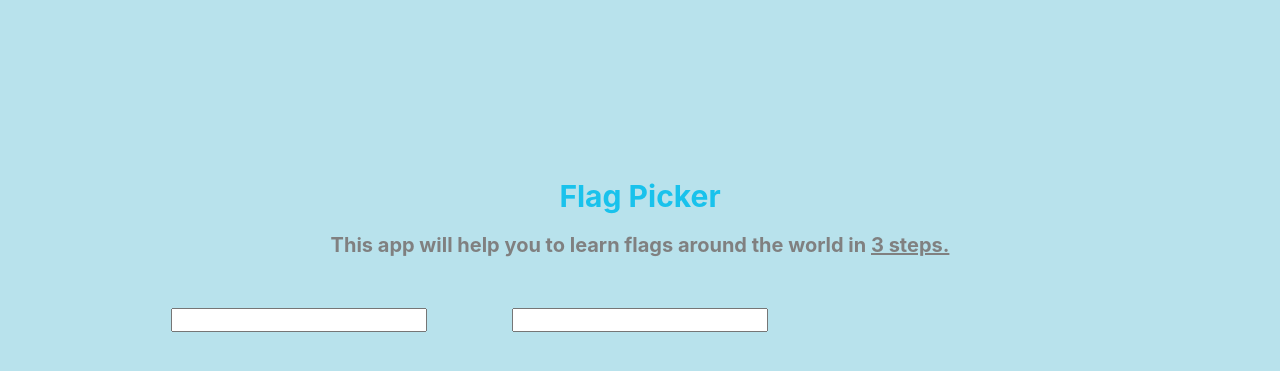
Repository: paras-shah/flag-app
Page: /
These files come from the project's save history. The page is drawn as it stood at one moment and after the next save; the edit follows.
The browser window is 1280 px wide. The pictures show the whole page.
The project was rebuilt for these pictures with package versions that can differ from the ones it lists, and the page was loaded fresh each time.

Above is the page before, as saved 2020-02-11 21:49:16.

### public/index.html
<!DOCTYPE html>
<html lang="en">
  <head>
    <meta charset="utf-8" />
    <link rel="icon" href="%PUBLIC_URL%/favicon.ico" />
    <meta name="viewport" content="width=device-width, initial-scale=1" />
    <meta name="theme-color" content="#000000" />
    <meta
      name="description"
      content="Web site created using create-react-app"
    />
    <link rel="apple-touch-icon" href="%PUBLIC_URL%/logo192.png" />
    <link href="https://fonts.googleapis.com/css?family=Roboto&display=swap" rel="stylesheet">
    <!--
      manifest.json provides metadata used when your web app is installed on a
      user's mobile device or desktop. See https://developers.google.com/web/fundamentals/web-app-manifest/
    -->
    <link rel="manifest" href="%PUBLIC_URL%/manifest.json" />
    <!--
      Notice the use of %PUBLIC_URL% in the tags above.
      It will be replaced with the URL of the `public` folder during the build.
      Only files inside the `public` folder can be referenced from the HTML.

      Unlike "/favicon.ico" or "favicon.ico", "%PUBLIC_URL%/favicon.ico" will
      work correctly both with client-side routing and a non-root public URL.
      Learn how to configure a non-root public URL by running `npm run build`.
    -->
    <title>Flag App</title>
  </head>
  <body>
    <noscript>You need to enable JavaScript to run this app.</noscript>
    <div id="root"></div>
    <!--
      This HTML file is a template.
      If you open it directly in the browser, you will see an empty page.

      You can add webfonts, meta tags, or analytics to this file.
      The build step will place the bundled scripts into the <body> tag.

      To begin the development, run `npm start` or `yarn start`.
      To create a production bundle, use `npm run build` or `yarn build`.
    -->
  </body>
</html>

### src/index.js
import React from 'react';
import ReactDOM from 'react-dom';

import './style/normalize.css';
import './style/index.css';

import App from './App';

ReactDOM.render(<App />, document.getElementById('root'));

### src/style/index.css
body {
	margin: 0;
	font-family: -apple-system, BlinkMacSystemFont, "Segoe UI", "Roboto",
		"Oxygen", "Ubuntu", "Cantarell", "Fira Sans", "Droid Sans",
		"Helvetica Neue", sans-serif;
	-webkit-font-smoothing: antialiased;
	-moz-osx-font-smoothing: grayscale;
	background-color: rgb(184, 226, 236);
}

.app-main {
	margin: 10% auto;
	padding: 10px;
	text-align: center;
	width: 80%;
}

header {
	margin: 4% auto;
}

.mainText {
	font-size: 30px;
}

h1.mainText {
	color: rgb(25, 194, 236);
}

.subText {
	font-size: 20px;
	color: grey;
}

h2 span {
	text-decoration: underline;
}

/* content */
.app-content {
	display: flex;
	flex-direction: row;
	justify-content: flex-start;
}

.app-content .column {
  width: 33.3%;
  padding: 1%;
}

### src/App.js
import React from 'react';

// Components
import Search from "./components/Search";

// Config
import COPY from "./config/copy";
import data from "./config/continents.json";


class App extends React.Component {
  constructor(props) {
    super(props);

    this.state = {
      flagData: null,
      selectedContinent: null,
      selectedCountry: [],
    }
  }

  componentDidMount() {
    this.setState({ flagData: data });
  }


  render() {
    return (
      <main className="app-main">
        <header className="app-header">
          <h1 className="mainText">{COPY.HEADER_TEXT}</h1>
          <h2 className="subText">{COPY.HEADER_SUBTEXT} <span> {COPY.HEADER_SUBTEXT_TWO} </span></h2>
        </header>

        <div className="app-content">
          {/* Continent */}
          <section className="column">
            <Search />
          </section>

          {/* Country */}
          <section className="column">
            <Search />
          </section>

          {/* Flag Column */}
          <section className="column">

          </section>

        </div>
      </main>
    );
  }
}

export default App;

### src/components/Search.js
import React from "react";

class Search extends React.Component {
    constructor(props) {
        super(props);

        this.state = {
            textValue: '',
            allValues: props.possibleValues,
            possibleValuesBasedOnText: props.possibleValues,
            type: props.type,
            selectedValue: props.selectType === "Multi"? []: ''
        }

        this.onTextChange = this.onTextChange.bind(this);
    }

    onTextChange = (event) => {
        this.setState({ value: event.target.value });
    }


    render() {
        return <input type="text" value={this.state.value}
        onChange={this.onTextChange} />
    }
}

export default Search;

### src/config/copy.js
export default {
    HEADER_TEXT : "Flag Picker",
    HEADER_SUBTEXT : "This app will help you to learn flags around the world in",
    HEADER_SUBTEXT_TWO : "3 steps.",
};

### src/config/continents.json
[
	{
		"continent": "Africa",
		"countries": [
			{
				"name": "Nigeria",
				"flag": "🇳🇬"
			},
			{
				"name": "Ethiopia",
				"flag": "🇪🇹"
			},
			{
				"name": "Egypt",
				"flag": "🇪🇬"
			},
			{
				"name": "DR Congo",
				"flag": "🇨🇩"
			},
			{
				"name": "South Africa",
				"flag": "🇿🇦"
			}
		]
	},
	{
		"continent": "America",
		"countries": [
			{
				"name": "USA",
				"flag": "🇺🇸"
			},
			{
				"name": "Brazil",
				"flag": "🇧🇷"
			},
			{
				"name": "Mexico",
				"flag": "🇲🇽"
			},
			{
				"name": "Colombia",
				"flag": "🇨🇴"
			},
			{
				"name": "Argentina",
				"flag": "🇦🇷"
			}
		]
	},
	{
		"continent": "Asia",
		"countries": [
			{
				"name": "China",
				"flag": "🇨🇳"
			},
			{
				"name": "India",
				"flag": "🇮🇳"
			},
			{
				"name": "Indonesia",
				"flag": "🇮🇩"
			},
			{
				"name": "Pakistan",
				"flag": "🇵🇰"
			},
			{
				"name": "Bangladesh",
				"flag": "🇧🇩"
			}
		]
	},
	{
		"continent": "Europe",
		"countries": [
			{
				"name": "Russia",
				"flag": "🇷🇺"
			},
			{
				"name": "Germany",
				"flag": "🇩🇪"
			},
			{
				"name": "UK",
				"flag": "🇬🇧"
			},
			{
				"name": "France",
				"flag": "🇫🇷"
			},
			{
				"name": "Italy",
				"flag": "🇮🇹"
			}
		]
	},
	{
		"continent": "Oceania",
		"countries": [
			{
				"name": "Australia",
				"flag": "🇦🇺"
			},
			{
				"name": "Papua New Guinea",
				"flag": "🇵🇬"
			},
			{
				"name": "New Zealand",
				"flag": "🇳🇿"
			},
			{
				"name": "Fiji",
				"flag": "🇫🇯"
			},
			{
				"name": "Solomon Islands",
				"flag": "🇸🇧"
			}
		]
	}
]

Loaded but not shown: src/style/normalize.css (library)

After the next save:
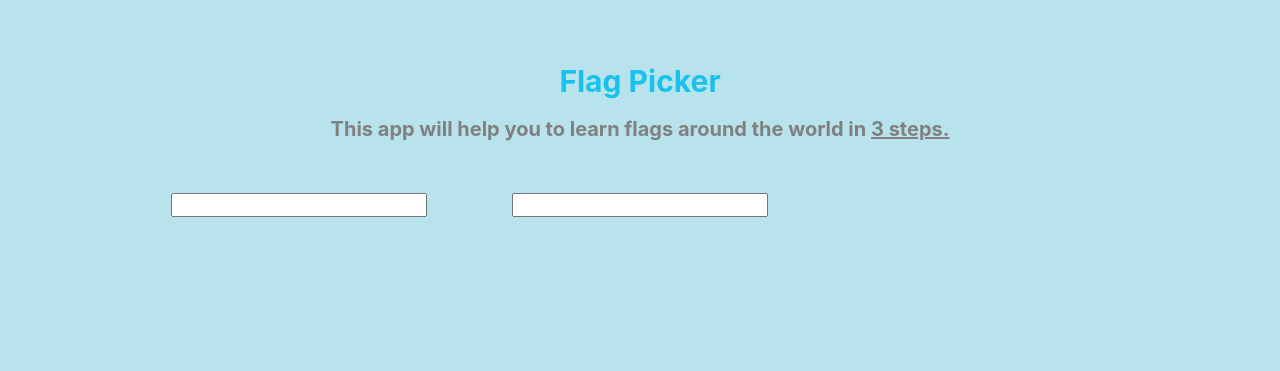
Saved 38 s later.
--- a/src/style/index.css
+++ b/src/style/index.css
@@ -9,7 +9,7 @@ body {
 }
 
 .app-main {
-	margin: 10% auto;
+	margin: 1% auto;
 	padding: 10px;
 	text-align: center;
 	width: 80%;
